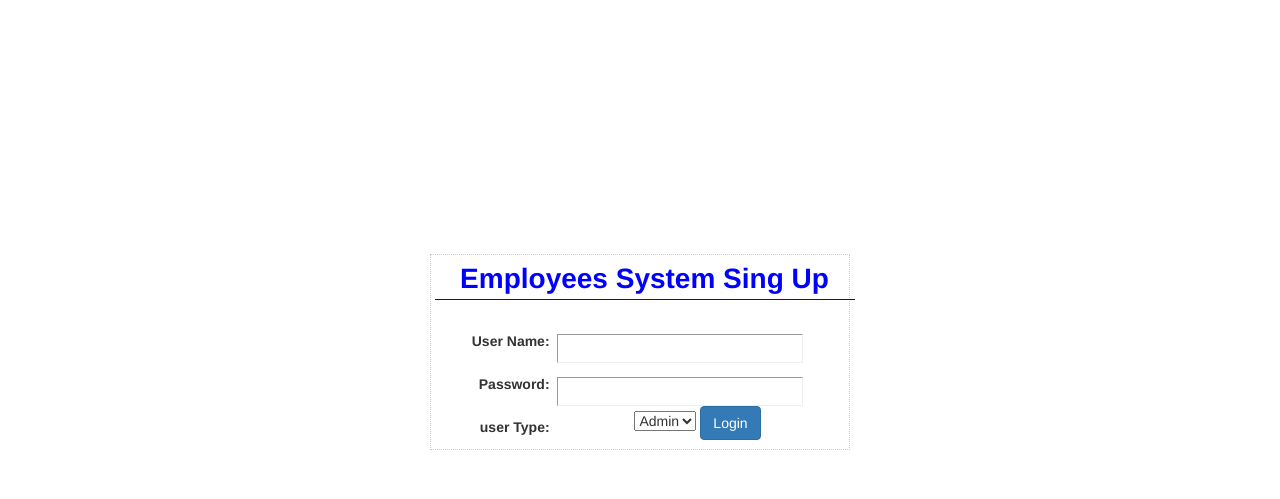
Repository: Hossam-Ali-zz/Employee-System
Page: http://localhost/Employee/createUser.jsp
These files come from the project's save history. The page is drawn as it stood at one moment and after a run of saves; the edit follows.
The browser window is 1280 px wide. The pictures show the whole page.
Some web libraries are served in a nearby version. The page is served by Tomcat 9. Nobody is signed in. The application's start-up code is not run. Other server files are loaded and not shown.

Above is the page before, as saved 2017-04-04 09:58:32.

### Employee/WebContent/createUser.jsp
<%@ page language="java" contentType="text/html; charset=ISO-8859-1"
	pageEncoding="ISO-8859-1"%>
<!DOCTYPE html PUBLIC "-//W3C//DTD HTML 4.01 Transitional//EN" "http://www.w3.org/TR/html4/loose.dtd">
<html>
<head>
<meta http-equiv="Content-Type" content="text/html; charset=ISO-8859-1">
<title>Sign Up</title>
<link rel="stylesheet"
	href="https://maxcdn.bootstrapcdn.com/bootstrap/3.3.7/css/bootstrap.min.css">
<script
	src="https://ajax.googleapis.com/ajax/libs/jquery/3.1.1/jquery.min.js"></script>
<script
	src="https://maxcdn.bootstrapcdn.com/bootstrap/3.3.7/js/bootstrap.min.js"></script>
<style type="text/css">
html, body {
	height: 100%;
	padding: 0;
	margin: 0;
}

form {
	width: 30em;
	height: 14em;
	margin: -5em auto 0 auto;
	position: relative;
	top: 45%;
	border: 1px dotted #ccc;
	padding: .25em;
}

fieldset {
	margin: 0;
	border: 0;
	padding: 0;
	text-align: center;
}

legend {
	float: left;
	font-size: 200%;
	text-align: center;
	color: blue;
	font-weight: bold;
	border-bottom: 1px solid blue;
	width: 15em;
	padding: 0;
}

label, label+input {
	display: inline;
	float: left;
	margin-top: 1em;
}

label {
	text-align: right;
	width: 28%;
	clear: left;
	margin-top: .8em;
}

label+input {
	width: 60%;
	padding: .25em;;
	margin-left: .5em;
	border: 1px inset;
	margin-left:
}

#sub {
	margin-top: 1em;
	position: relative;
	float: left;
	clear: left;
	margin-left: 29%
}
</style>
</head>
<body>
	<form action="createUser" method="POST">
		<fieldset>
			<legend>Employees System Sing Up</legend>
			<label>User Name: </label> <input type="text" name="userName"
				id="userName"> <label>Password: </label> <input
				type="password" name="password" id="password"> <label>user
				Type: </label> <select name="userType">
				<option value="1">Admin</option>
				<option value="0">User</option>
			</select> <input class="btn btn-primary btn-md" type="submit" value="Login">
		</fieldset>
	</form>
</body>
</html>

After the next 2 saves:
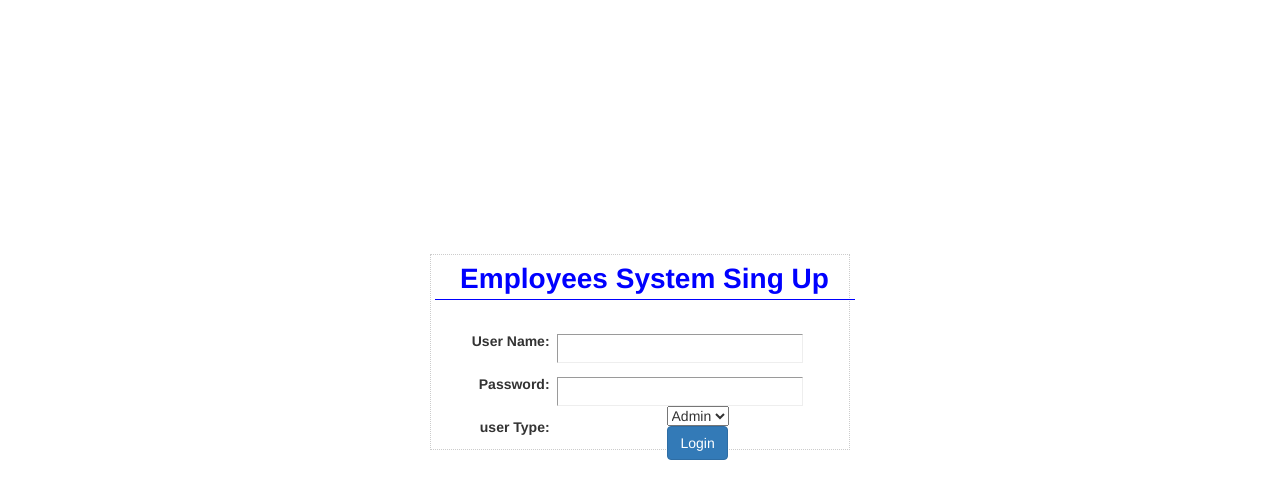
The 2 saves are shown as one change because they came seconds apart.
The last was saved 27 s later.
--- a/Employee/WebContent/createUser.jsp
+++ b/Employee/WebContent/createUser.jsp
@@ -86,7 +86,8 @@ label+input {
 				Type: </label> <select name="userType">
 				<option value="1">Admin</option>
 				<option value="0">User</option>
-			</select> <input class="btn btn-primary btn-md" type="submit" value="Login">
+			</select> <br>
+			<input class="btn btn-primary btn-md" type="submit" value="Login">
 		</fieldset>
 	</form>
 </body>
